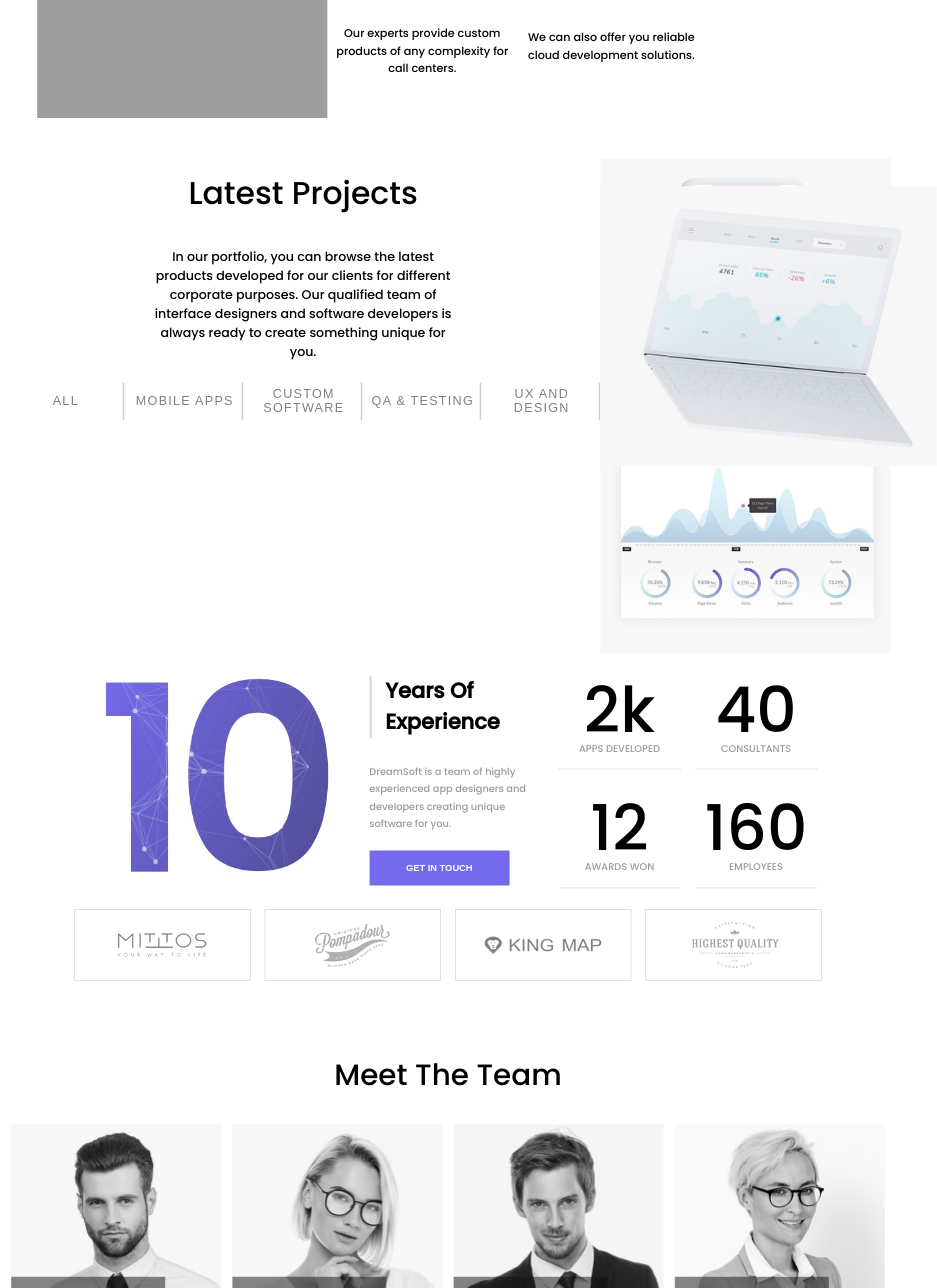
Repository: kkyler24/ladders-bootcamp-awesome
Page: index.html
These files come from the project's save history. The page is drawn as it stood at one moment and after the next save; the edit follows.
The browser window is 1280 px wide. The page is 1338 px wide, then 1280 px, so the pictures cover 1338 px, including what lies to the right of the window. The pictures show the part of the page from y = 1170 to 3010 px (the page is 6504 px tall before and 6195 px after), at 70% of full size.
Pictures or frames that could not be fetched are drawn as grey boxes.

Above is the page before, as saved 2021-03-20 12:11:48.

After the next save:
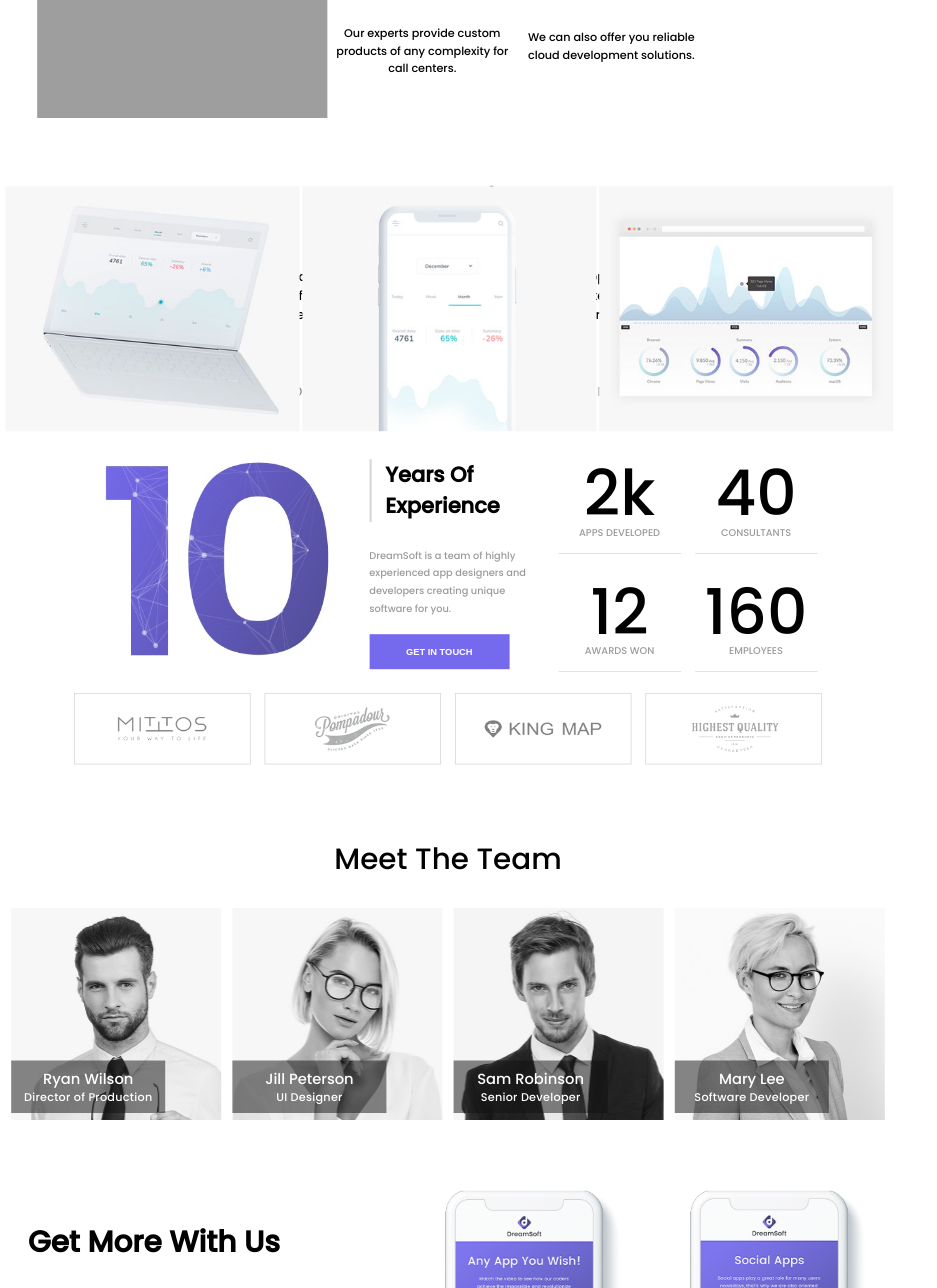
Saved 21 s later.
--- a/index.html
+++ b/index.html
@@ -132,8 +132,8 @@
          <li class="latestButtons"><button id="uxli">UX and Design</button></li>
         </ul>
       </div>
-      <div>
-      <img class="latestGallery" src="./img/latestsection/1fullwidth-gallery-1-420x350.jpg" alt="">
+      <div class="latestGallery">
+      <img  src="./img/latestsection/1fullwidth-gallery-1-420x350.jpg" alt="">
       <img src="./img/latestsection/2fullwidth-gallery-2-420x350.jpg" alt="">
       <img src="./img/latestsection/3fullwidth-gallery-3-420x350.jpg" alt="">
     </div>
